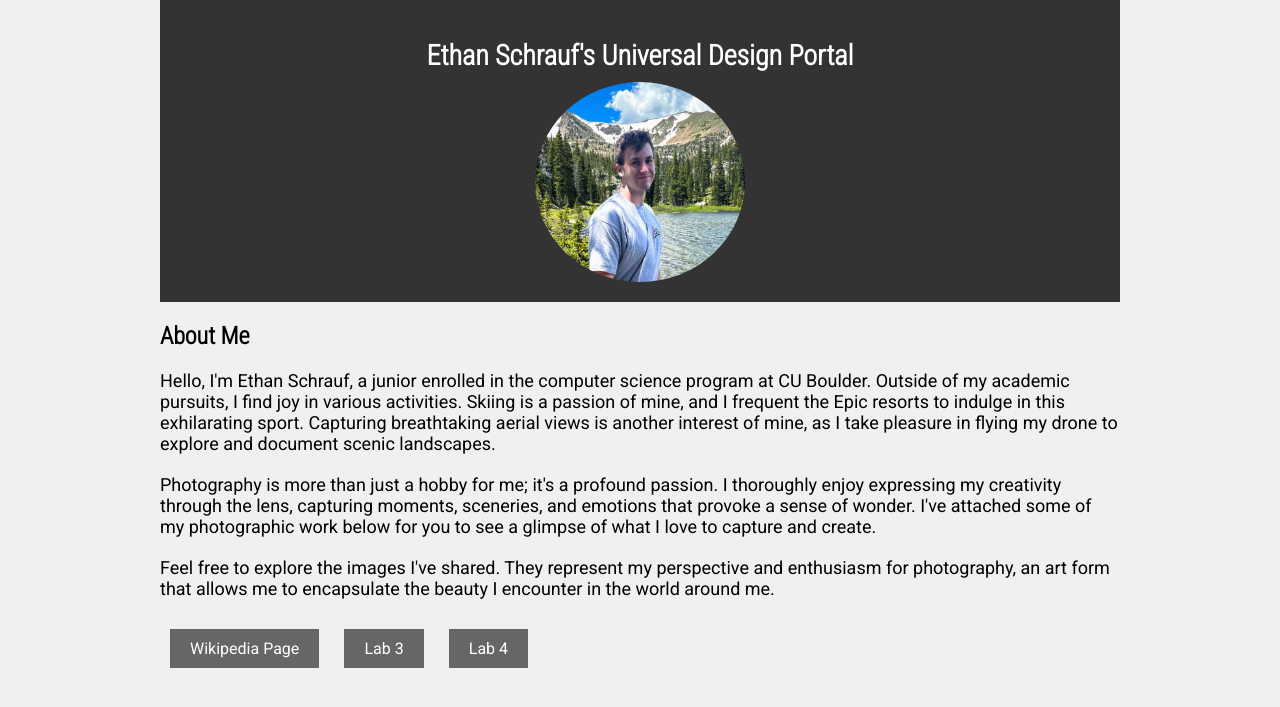
Repository: ethan-schrauf/UniversalDesignWebsite
Page: index.html
The author's editor kept a copy of each file at every save. The page is drawn from the files as they stood at one save, then again after a run of saves.
The browser window is 1280 px wide. The pictures show the whole page.

Above is the page before, as saved 2023-10-30 22:25:09.

### index.html
<!DOCTYPE html>
<html lang="en">
<head>
    <meta charset="UTF-8">
    <meta name="viewport" content="width=device-width, initial-scale=1.0">
    <title>Universal Design Portal</title>
    <link href="index.css" rel="stylesheet">
</head>
<body>
    <div class = "container">
    <header>
        <h1>Ethan Schrauf's Universal Design Portal</h1>
        <img src="images/IMG_258630A4E789-1.jpeg" alt="Picture of Ethan Schrauf on a hike.">
    </header>
    <main>

    <section>
        <h2>About Me</h2>
        <p>Hello, I'm Ethan Schrauf, a junior enrolled in the computer science program at CU Boulder. Outside of my academic pursuits, I find joy in various activities. Skiing is a passion of mine, and I frequent the Epic resorts to indulge in this exhilarating sport. Capturing breathtaking aerial views is another interest of mine, as I take pleasure in flying my drone to explore and document scenic landscapes. </p>
        <p>Photography is more than just a hobby for me; it's a profound passion. I thoroughly enjoy expressing my creativity through the lens, capturing moments, sceneries, and emotions that provoke a sense of wonder. I've attached some of my photographic work below for you to see a glimpse of what I love to capture and create.</p>
        <p>Feel free to explore the images I've shared. They represent my perspective and enthusiasm for photography, an art form that allows me to encapsulate the beauty I encounter in the world around me.</p>
    </section>
        <form style = "display: inline;" action="https://ethan-schrauf.github.io/UniversalDesignWebsite/wikipedia.html" method="get">
            <button>Wikipedia Page</button>
        </form>

        <form style = "display: inline;" action="https://ethan-schrauf.github.io/UniversalDesignWebsite/lab3.html" method="get">
            <button>Lab 3</button>
        </form>

        <form style = "display: inline;" action="https://ethan-schrauf.github.io/UniversalDesignWebsite/lab4.html" method="get">
            <button>Lab 4</button>
        </form>
    </main>
</div>
</body>
</html>

### index.css
@import url('https://fonts.googleapis.com/css2?family=Roboto&display=swap');
@import url('https://fonts.googleapis.com/css2?family=Roboto&family=Roboto+Condensed:wght@300&display=swap');


.sr-only {
    border: 0;
    clip: rect(0, 0, 0, 0);
    height: 1px;
    margin: -1px;
    overflow: hidden;
    padding: 0;
    position: absolute;
    white-space: nowrap;
    width: 1px;

  }

body {
    font-family: Verdana, sans-serif;
    margin: 0;
    padding: 0;
    background-color: #f0f0f0;
}

header {
    text-align: center;
    background-color: #333;
    color: #fff;
    padding: 20px 0;
}

h1 {
    font-size: 28px;
    margin-bottom: 10px;
}

img {
    border-radius: 50%;
    width: 210px;
    height: 200px;
    display: block;
    margin: 0 auto;
}

h2 {
    font-size: 24px;
    margin-top: 20px;
}

p {
    font-size: 18px;
    margin: 10px 0;
}

button {
    font-family: Verdana, sans-serif;
    font-size: 16px;
    background-color: rgb(103, 102, 100);
    color: #fff;
    border: none;
    padding: 10px 20px;
    margin: 10px;
    cursor: pointer;
}

p,
button {
    font-family: 'Roboto', sans-serif;
    padding-bottom: 10px;
}

h2,
h1 {
    font-family: 'Roboto Condensed', sans-serif;
}

.container {
    margin: 0 auto;
    max-width: 960px;
}

After the next 4 saves:
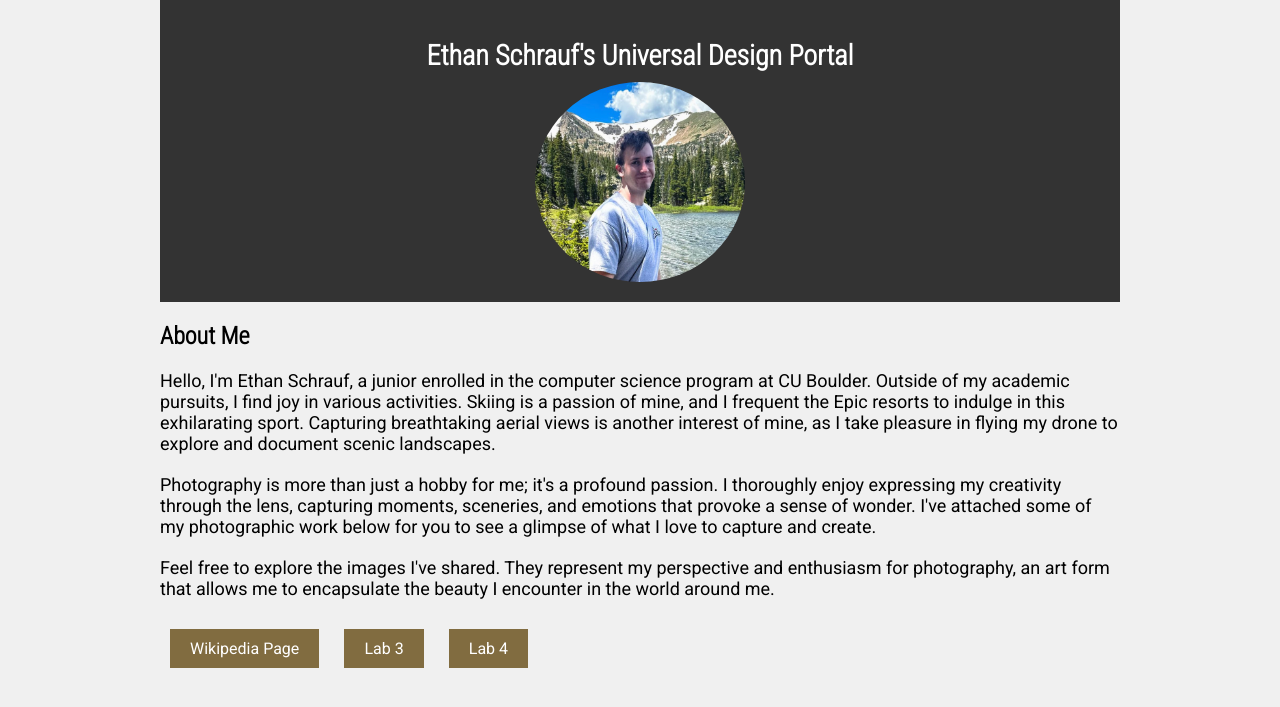
The 4 saves are shown as one change because they came seconds apart.
The last was saved 11 s later.
--- a/index.css
+++ b/index.css
@@ -55,7 +55,7 @@ p {
 button {
     font-family: Verdana, sans-serif;
     font-size: 16px;
-    background-color: rgb(103, 102, 100);
+    background-color: rgb(129, 108, 64);
     color: #fff;
     border: none;
     padding: 10px 20px;
